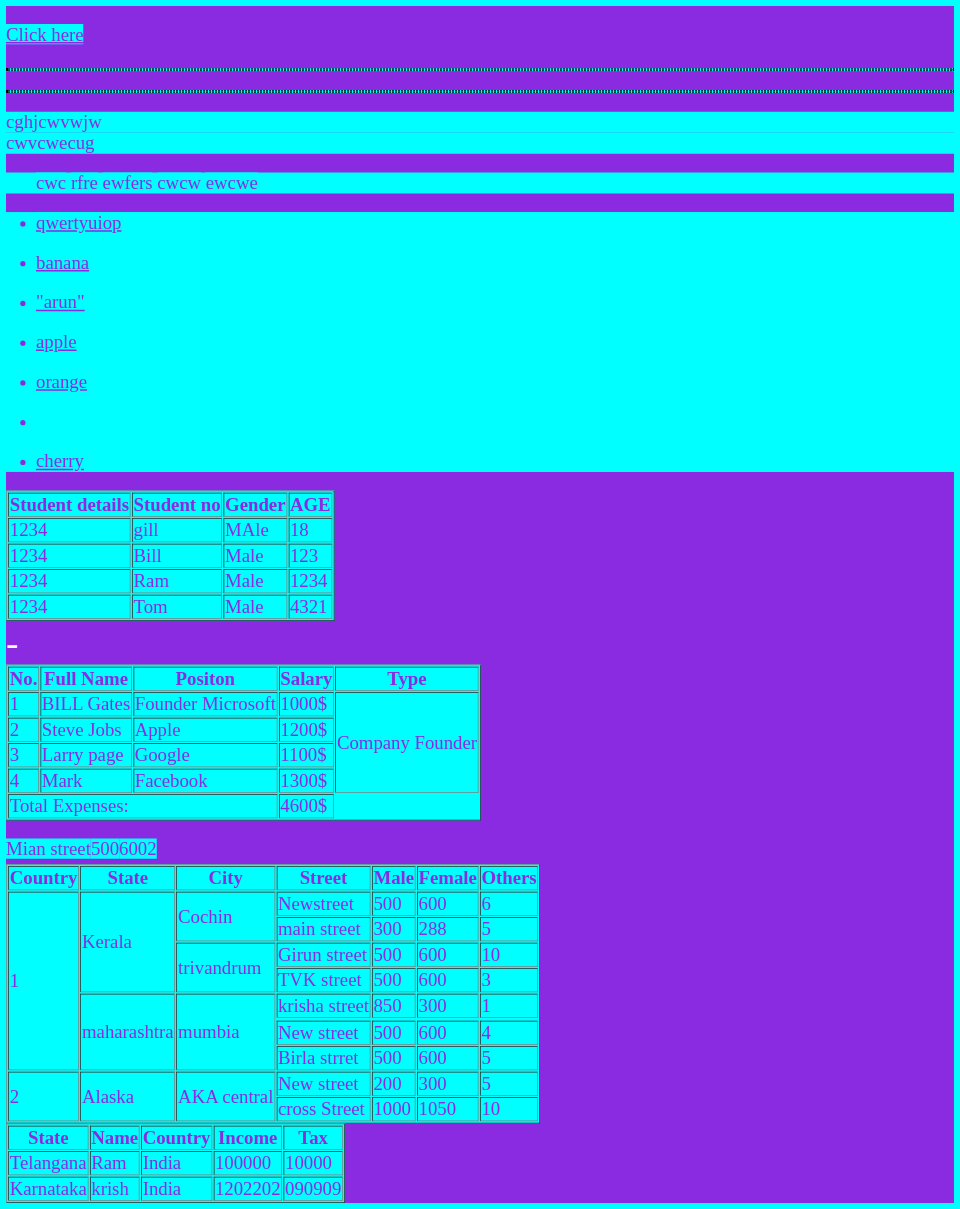
Repository: ARUN-YERRAM/HTMLLEARNING
Page: index.html
These files come from the project's save history. The page is drawn as it stood at one moment and after the next save; the edit follows.
The browser window is 1280 px wide. The pictures show the whole page, at 75% of full size.

Above is the page before, as saved 2023-12-25 16:09:17.

### index.html
<!DOCTYPE html>
<html lang="en">
<head>
    <meta charset="UTF-8">
    <meta http-equiv="X-UA-Compatible" content="IE=edge">
    <meta name="viewport" content="width=device-width, initial-scale=1.0">
    <link rel="stylesheet" href="style.css">
    <title>Document</title>
</head>
<body>

    <a href="http://127.0.0.1:3000/index.html">Click here</a>

    <p><a href=""></a></p>
    <article></article>
    <section>  </section>

    <p id="para1"></p>
    <article id="article1">cghjcwvwjw</article>
    <section id="section1">cwvcwecug</section>
    <section class="dog"></section>
    <article class="para1"></article>










    <ul>
        <il>cwc</il>
        <il>rfre</il>
        <il>ewfers</il>
        <il>cwcw</il>
        <il>ewcwe</il>
    </ul>


    <nav>
        <ul>
            <li><a href="dfgs">qwertyuiop</a></li>
        </ul>
        <ul>
            <li><a href="ajdg">banana</a></li>
        </ul>
        <ul>
            <li><a href="vdsb">"arun" </a></li>
        </ul>
        <ul>
            <li><a href="ajrg">apple</a></li>
        </ul>
        <ul>
            <li><a href="ndjr">orange</a></li>
        </ul>
        <ul>
            <li><a href="a4hd"pine></a></li>
        </ul>
        <ul>
            <li><a href="46eh">cherry</a></li>
        </ul>
    </nav>


<table  border="1">

    <thead>
        <th>Student details</th>
        <th>Student no</th>
        <th>Gender</th>
        <th>AGE</th>
    </thead>

    <tbody>
        <tr>
            <td>1234</td>
            <td>gill</td>
            <td>MAle</td>
            <td>18</td>
        </tr>
    </tbody>

    <tbody>
        <tr>
            <td>1234</td>
            <td>Bill</td>
            <td>Male</td>
            <td>123</td>
        </tr>
    </tbody>

    <tbody>
        <tr>
            <td>1234</td>
            <td>Ram</td>
            <td>Male</td>
            <td>1234</td>
        </tr>
    </tbody>

    <tbody>
        <tr>
            <td>1234</td>
            <td>Tom</td>
            <td>Male</td>
            <td>4321</td>
        </tr>
    </tbody>

</table> -



    <table border="1">
        <head>
            <th>No.</th>
            <th>Full Name</th>
            <th>Positon</th>
            <th>Salary</th>
            <th>Type</th>
        </head>

        <tbody>
            <tr>
                <td>1</td>
                <td>BILL Gates</td>
                <td>Founder Microsoft</td>
                <td>1000$</td>
                <td rowspan="4">Company Founder</td>
            </tr>

            <tr>
                <td>2</td>
                <td>Steve Jobs</td>
                <td>Apple</td>
                <td>1200$</td>
            </tr>
            <tr>
                <td>3</td>
                <td>Larry page</td>
                <td>Google</td>
                <td>1100$</td>
            </tr>
            <tr>
                <td>4</td>
                <td>Mark</td>
                <td>Facebook</td>
                <td>1300$</td>

            </tr>
        </tbody>

        <tfoot>
            <tr>
                <td colspan="3">Total Expenses:</td>
                <td>4600$</td>
            </tr>
        </tfoot>
    </table>


    <table border="1">
        <thead>
            <th>Country</th>
            <th>State</th>
            <th>City</th>
            <th>Street</th>
            <th>Male</th>
            <th>Female</th>
            <th>Others</th>
        </thead>

        <tbody>
            <tr>
                <td rowspan="8">1</td>
                <td rowspan="4">Kerala</td>
                <td rowspan="2">Cochin</td>
                <td>Newstreet</td>
                <td>500</td>
                <td>600</td>
                <td>6</td>
            </tr>

            <tr>
                <td>main street</td>
                <td>300</td>
                <td>288</td>
                <td>5</td>
            </tr>

            <tr>
                <td rowspan="2">trivandrum</td>
                <td>Girun street</td>
                <td>500</td>
                <td>600</td>
                <td>10</td>
            </tr>
            <tr>
                <td>TVK street</td>
                <td>500</td>
                <td>600</td>
                <td>3</td>
            </tr>

            <tr>
                <td rowspan="4">maharashtra</td>
                <td rowspan="4">mumbia</td>
                <td>krisha street</td>
                <td>850</td>
                <td>300</td>
                <td>1</td>
            </tr>

            <tr>
                <t>Mian street</t>
                <t>500</t>
                <t>600</t>
                <t>2</t>
            </tr>

            <tr>
                <!-- <t rowspan="2">Surat</td> -->
                <td>New street</td>
                <td>500</td>
                <td>600</td>
                <td>4</td>
            </tr>

            <tr>
                <td>Birla strret</td>
                <td>500</td>
                <td>600</td>
                <td>5</td>
            </tr>

            <tr>
            <td rowspan="2">2</td>
            <td rowspan="2">Alaska</td>
            <td rowspan="2">AKA central</td>
            <td>New street</td>
            <td>200</td>
            <td>300</td>
            <td>5</td>
            </tr>

            <tr>
                <td>cross Street</td>
                <td>1000</td>
                <td>1050</td>
                <td>10</td>
            </tr>
        </tbody>

    </table>



    <table border="1">
        <thead>
            <th>State</th>
            <th>Name</th>
            <th>Country</th>
            <th>Income</th>
            <th>Tax</th>
        </thead>

        <tbody>
            <tr>
                <td>Telangana</td>
                <td>Ram</td>
                <td>India</td>
                <td>100000</td>
                <td>10000</td>
            </tr>

            <tr>
                <td>Karnataka</td>
                <td>krish</td>
                <td>India</td>
                <td>1202202</td>
                <td>090909</td>
            </tr>
        </tbody>
    </table>

### style.css
/*  EXTERNAL CSS */

body{
    color:#f0f8ff;
    background-color: #8a2be2;
    font-size:50px;
}


/*  Universal Selector  */

/* MARGIN: 0;*/
/* PADDING : 0 */

*{
    color:#8a2be2;
    background-color: aqua;
    font-size: 25px;
}


/* CLASS SELECTOR */

.one{
    color:blue;
    font-size:35px;
    background-color: #8a2be2;
}


/*  ID SELECTOR */

#two{
    background-color: blue;
    color:red;
}


/* PARAGRAPH SELECTOR */

p{
    color:burlywood;
}


/*  GROUP SELECTOR */
#one, ol{
    background-color: blue;
    color:red;
    font-size:25px;
}


.border{
    border: 8px solid black;
    font-size:25px;
    margin:100px;
    padding:100px;
}

h1{
    text-align:center;
    font-size:10px;
    color:#8a2be2;
    text-decoration: underline;
    font-family: 'Courier New', Courier, monospace;
}

p{
    font-size:25px;
    text-align:center;
    font-weight:bold;
    border: 2px dotted black;
}

p:hover{
    border: 7px solid red;
    background-color: yellow;
    color:red;
    font-size:16px;
    text-align:end;
}

.box1{
    background-color: red;
}

.box2{
    background-color: yellow;
}

/* div{
    display:inline-block;
    width:750x;
    padding:10px;
    margin:10px;
    font-size:30px;
} */

span{
    display:block;
}
.item{
    width:100px;
    height:100px;
}
.one{
    background-color: orange;
    border: 2px solid black;
}
.two{
    background-color: white;
    border: 2px solid black;
}
.three{
    background-color: green;
    border: 2px solid black;
}

.container{
    display:flex;
    height:100px;
    justify-content:center;
    flex-direction:row;
    align-items:center;
    border: 2px solid rgb(0, 0, 0);
    height : 500px;
    gap: 50px;
}

After the next save:
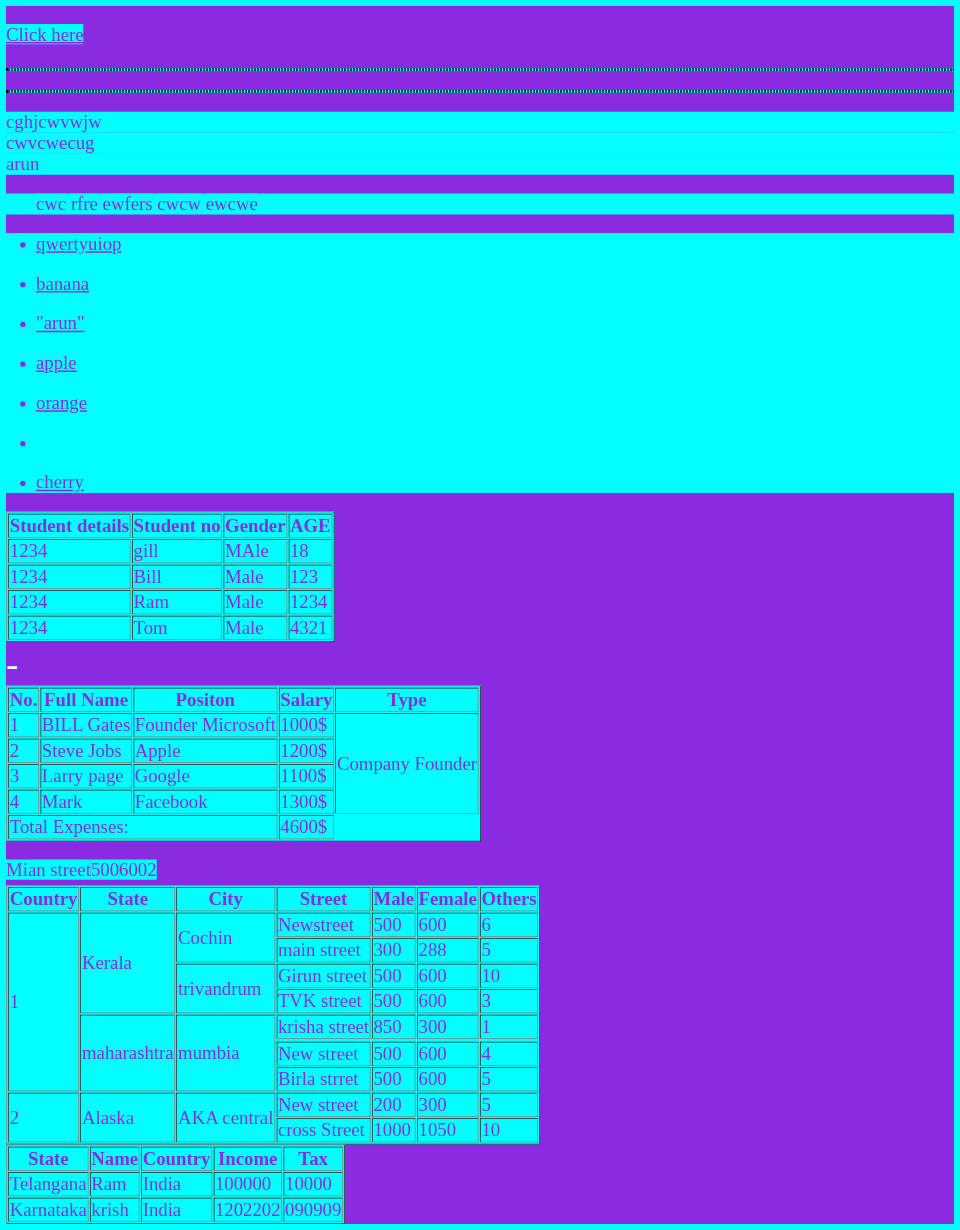
Saved 5 s later.
--- a/index.html
+++ b/index.html
@@ -18,7 +18,7 @@
     <p id="para1"></p>
     <article id="article1">cghjcwvwjw</article>
     <section id="section1">cwvcwecug</section>
-    <section class="dog"></section>
+    <section class="dog">arun</section>
     <article class="para1"></article>
 
 
